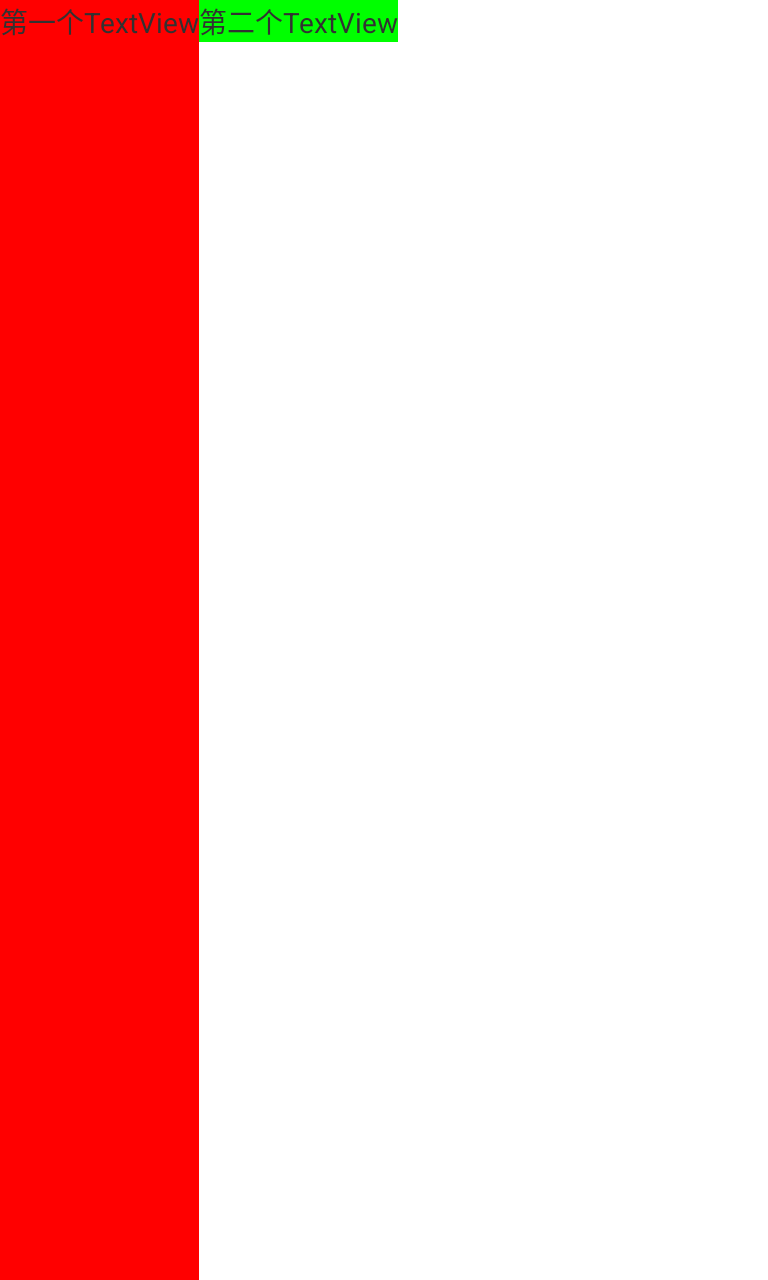
Repository: mrhanliang/Android_4.2
Layout: S01_E07_Layout/res/layout/first_layout.xml
These files come from the project's save history. The layout is drawn as it stood at one moment and after the next save; the edit follows.
It is drawn on a 768 x 1280 px phone screen (xhdpi) without system bars, with theme AppTheme; the app's code is not run.

Above is the layout before, as saved 2015-11-29 14:22:28.

After the next save:
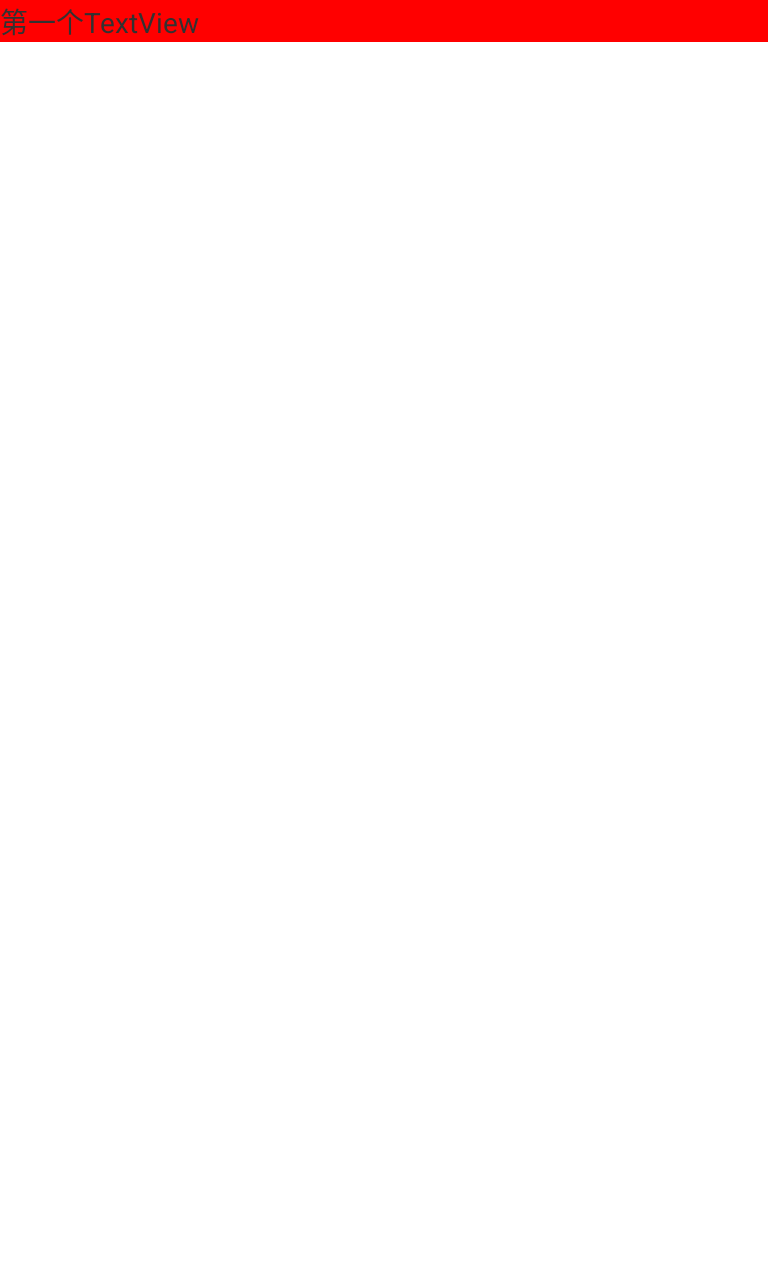
Saved 9 min 5 s later.
--- a/S01_E07_Layout/res/layout/first_layout.xml
+++ b/S01_E07_Layout/res/layout/first_layout.xml
@@ -4,8 +4,8 @@
     android:layout_height="match_parent"
     android:orientation="horizontal" >
     <TextView
-        android:layout_height="match_parent"
-        android:layout_width="wrap_content"
+        android:layout_height="wrap_content"
+        android:layout_width="match_parent"
         android:background="#FF0000"
         android:text="第一个TextView"/>
 
